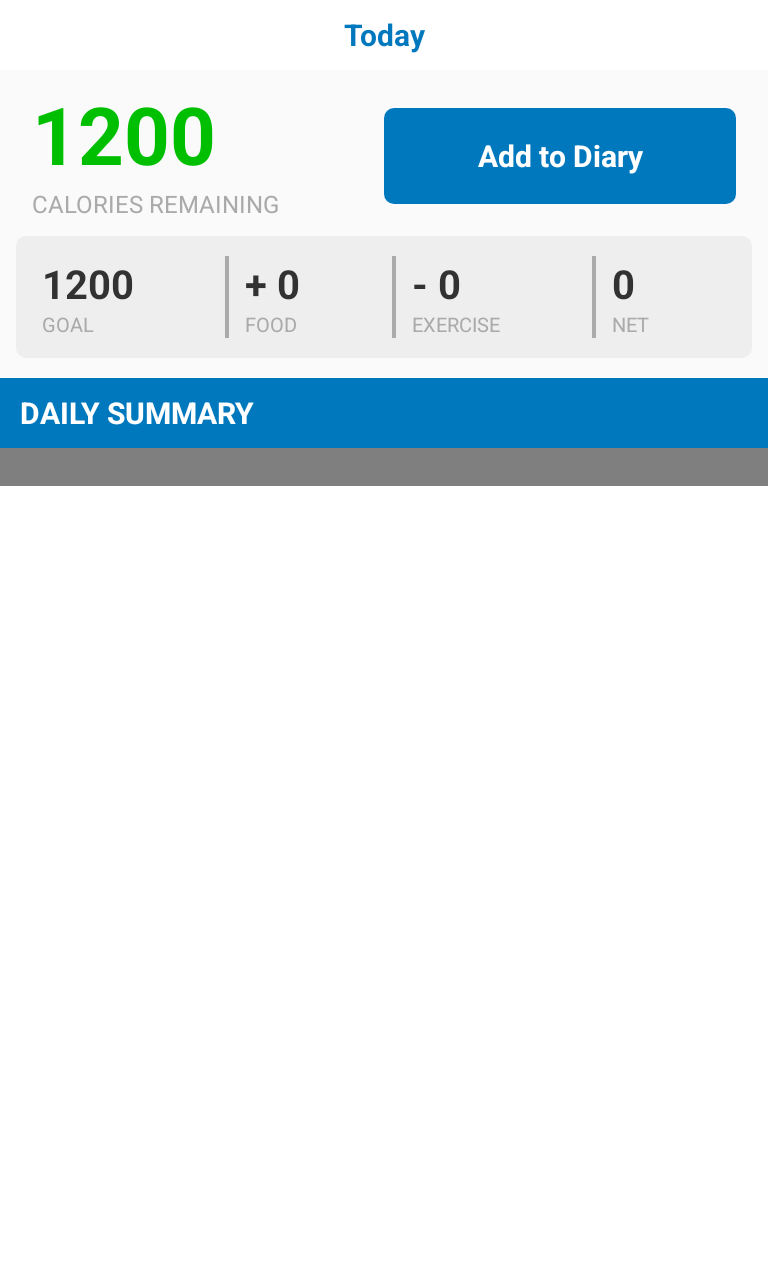
Repository: JieD/nutriy
Layout: NutriY/res/layout/fragment_home_page.xml
The author's editor kept a copy of each file at every save. The layout is drawn from the files as they stood at one save, then again after the next save.
Pictures or frames that could not be fetched are drawn as grey boxes. It is drawn on a 768 x 1280 px phone screen (xhdpi) without system bars, with theme AppTheme; the app's code is not run.

Above is the layout before, as saved 2014-05-15 00:04:21.

### NutriY/res/layout/fragment_home_page.xml
<?xml version="1.0" encoding="utf-8"?>
<ScrollView xmlns:android="http://schemas.android.com/apk/res/android"
	    xmlns:tools="http://schemas.android.com/tools"
	    android:layout_width="match_parent" android:layout_height="wrap_content"
	    tools:context=".HomePageActivity">

		<RelativeLayout
		    android:layout_width="match_parent"
		    android:layout_height="wrap_content"
		    android:background="@color/low_light_gray">

		    <TextView
		        android:id="@+id/date"
		        android:layout_width="match_parent" android:layout_height="@dimen/medium_large_entry_height"
		        android:gravity="center"            android:background="@color/white"
		        android:text="@string/date"         android:textStyle="bold"
		        android:textSize="@dimen/medium_text_size"  android:textColor="@color/my_blue" />
			<TextView
		        android:id="@+id/calories_remaining_number"      android:layout_below="@+id/date"
		        android:layout_width="wrap_content"              android:layout_height="wrap_content"
		        android:layout_marginTop="5dp"
		        android:layout_marginLeft="@dimen/activity_horizontal_margin"
		        android:text="@string/calories_remaining_number" android:textStyle="bold"
		        android:textSize="@dimen/extra_large_text_size"  android:textColor="@color/my_green" />
		    <TextView
			    android:id="@+id/calories_remaining"
			    android:layout_width="wrap_content"       android:layout_height="wrap_content"
			    android:layout_below="@id/calories_remaining_number"
			    android:layout_marginLeft="@dimen/activity_horizontal_margin"
			    android:text="@string/calories_remaining" android:textSize="@dimen/small_text_size"
			    android:textColor="@color/text_gray" />
			<View
		        android:id="@+id/center_fake_view" android:layout_centerHorizontal="true"
		        android:layout_width="0dp"  android:layout_height="0dp"/>
		    <View
		        android:id="@+id/button_bottom_gap"
		        android:layout_width="0dp"  android:layout_height="@dimen/small_vertical_margin"
		        android:layout_toRightOf="@id/center_fake_view"
		        android:layout_alignBottom="@id/calories_remaining"/>
		    <Button
			    android:id="@+id/add_to_diary"
			    android:layout_width="wrap_content"      android:layout_height="wrap_content"
			    android:layout_marginRight="@dimen/activity_horizontal_margin"
			    android:layout_toRightOf="@id/center_fake_view"
			    android:layout_above="@id/button_bottom_gap"
			    android:layout_alignParentRight="true"
			    android:text="@string/add_to_diary"        android:textStyle="bold"
			    android:textSize="@dimen/medium_text_size" android:textColor="@color/white"
			    android:background="@drawable/add_to_diary_button" />
		    <View
		        android:id="@+id/gap_view" android:layout_width="match_parent"
		        android:layout_height="@dimen/small_vertical_margin"
		        android:layout_below="@id/calories_remaining"/>

		    <TableLayout
		        android:id="@+id/calorie_break_down" android:layout_below="@id/gap_view"
		        android:layout_width="match_parent" android:layout_height="wrap_content"
		        android:layout_marginLeft="@dimen/small_horizontal_margin"
		        android:layout_marginRight="@dimen/small_horizontal_margin"
		        android:paddingTop="@dimen/large_padding" android:paddingBottom="@dimen/large_padding"
		        android:paddingLeft="@dimen/small_padding" android:paddingRight="@dimen/small_padding"
		        android:background="@drawable/calorie_break_down_rec" >

	            <TableRow
	                android:divider="@drawable/table_divider" android:showDividers="middle">

	                <TextView
	                    android:layout_weight="1" android:paddingLeft="@dimen/medium_padding"
	                    android:text="@string/goal_calorie_number"
	                    android:textSize="@dimen/large_text_size" android:textStyle="bold" />
	                <TextView
	                    android:layout_weight="1" android:paddingLeft="@dimen/medium_padding"
	                    android:text="@string/food_calorie_number"
	                    android:textSize="@dimen/large_text_size" android:textStyle="bold" />
	                <TextView
	                    android:layout_weight="1" android:paddingLeft="@dimen/medium_padding"
	                    android:text="@string/exercise_calorie_number"
	                    android:textSize="@dimen/large_text_size" android:textStyle="bold" />
	                <TextView
	                    android:layout_weight="1" android:paddingLeft="@dimen/medium_padding"
	                    android:text="@string/net_calorie_number"
	                    android:textSize="@dimen/large_text_size" android:textStyle="bold" />
	            </TableRow>

	            <TableRow
	                android:divider="@drawable/table_divider" android:showDividers="middle" >

	                <TextView
	                    android:layout_weight="1" android:paddingLeft="@dimen/medium_padding"
	                    android:text="@string/uc_goal"
	                    android:textSize="@dimen/extra_small_text_size" android:textColor="@color/text_gray" />
	                <TextView
	                    android:layout_weight="1" android:paddingLeft="@dimen/medium_padding"
	                    android:text="@string/uc_food"
	                    android:textSize="@dimen/extra_small_text_size" android:textColor="@color/text_gray" />
	                <TextView
	                    android:layout_weight="1" android:paddingLeft="@dimen/medium_padding"
	                    android:text="@string/uc_exercise"
	                    android:textSize="@dimen/extra_small_text_size" android:textColor="@color/text_gray" />
	                <TextView
	                    android:layout_weight="1" android:paddingLeft="@dimen/medium_padding"
	                    android:text="@string/uc_net"
	                    android:textSize="@dimen/extra_small_text_size" android:textColor="@color/text_gray" />
	            </TableRow>
	        </TableLayout>

		    <TextView
	            android:id="@+id/summary" android:text="@string/daily_summary"
	            android:textStyle="bold" android:textSize="@dimen/medium_text_size"
	            android:textColor="@color/white" android:gravity="center_vertical"
	            android:layout_width="match_parent" android:layout_height="@dimen/medium_large_entry_height"
	            android:layout_below="@id/calorie_break_down"
	            android:layout_marginTop="10dp" android:background="@color/my_blue"
	            android:paddingLeft="@dimen/large_padding" />

		    <fragment
		        android:name="sfsu.csc780.jied.nutriy.NutritionTableFragment"
		        android:id="@+id/nutritionTableFragment"
		        android:layout_width="match_parent"
		        android:layout_height="wrap_content"
		        android:layout_below="@id/summary">
		    </fragment>

		</RelativeLayout>
	</ScrollView>

### NutriY/res/values/colors.xml
<?xml version="1.0" encoding="utf-8"?>
<resources>
    <color name="white">#FFFFFFFF</color>
    <color name="my_green">#FF00BE00</color>
    <color name="my_red">#FFFF0000</color>
    <color name="my_blue">#FF0078BE</color>

    <color name="light_blue">#FFE1EEFF</color>
    <color name="low_light_gray">#FFFAFAFA</color>
    <color name="mid_light_gray">#FFEEEEEE</color>
    <color name="text_gray">#FFAAAAAA</color>

    <color name="empty_pie_blue">#FF8FCEFF</color>
    <color name="pie_blue">#FF0078BE</color>
    <color name="pie_red">#FFFF4444</color>
    <color name="pie_green">#FF99CC00</color>

    <color name="list_background">#FFEEEEEE</color>
    <color name="list_background_pressed">#FF0078BE</color>
</resources>

### NutriY/res/values/dimens.xml
<resources>

    <!-- Default screen margins, per the Android Design guidelines. -->
    <dimen name="activity_horizontal_margin">16dp</dimen>
    <dimen name="activity_vertical_margin">16dp</dimen>
    <dimen name="small_horizontal_margin">8dp</dimen>
    <dimen name="small_vertical_margin">8dp</dimen>

    <dimen name="small_padding">5dp</dimen>
    <dimen name="medium_padding">8dp</dimen>
    <dimen name="large_padding">10dp</dimen>
    <dimen name="extra_large_padding">12dp</dimen>
    <dimen name="navigation_item_padding">20dp</dimen>

    <dimen name="extra_small_text_size">10sp</dimen>
    <dimen name="small_text_size">12sp</dimen>
    <dimen name="medium_text_size">15sp</dimen>
    <dimen name="medium_large_text_size">18sp</dimen>
    <dimen name="large_text_size">20sp</dimen>
    <dimen name="extra_large_text_size">40sp</dimen>

    <dimen name="large_entry_height">50dp</dimen>
    <dimen name="medium_large_entry_height">35dp</dimen>
    <dimen name="medium_entry_height">30dp</dimen>
    <dimen name="small_entry_height">25dp</dimen>
    <dimen name="table_entry_height">20dp</dimen>

</resources>

### NutriY/res/values/strings.xml
<?xml version="1.0" encoding="utf-8"?>
<resources>

    <string name="app_name">NutriY</string>
    <string name="action_settings">Settings</string>

    <string name="date">Today</string>
    <string name="calories_remaining_number">1200</string>
    <string name="calories_remaining">CALORIES REMAINING</string>
    <string name="add_to_diary">Add to Diary</string>
    <string name="goal_calorie_number">1200</string>
    <string name="food_calorie_number">+ 0</string>
    <string name="exercise_calorie_number">- 0</string>
    <string name="net_calorie_number">0</string>
    <string name="uc_goal">GOAL</string>
    <string name="uc_food">FOOD</string>
    <string name="uc_exercise">EXERCISE</string>
    <string name="uc_net">NET</string>
    <string name="goal">Goal</string>
    <string name="total">Total</string>
    <string name="left">Left</string>
    <string name="daily_summary">DAILY SUMMARY</string>
    <string name="total_fat">Total Fat (g)</string>
    <string name="saturated_fat">Saturated (g)</string>
    <string name="trans_fat">Trans (g)</string>
    <string name="cholesterol">Cholesterol (mg)</string>
    <string name="sodium">Sodium (mg)</string>
    <string name="potassium">Potassium (mg)</string>
    <string name="total_carbs">Total Carbs (g)</string>
    <string name="fiber">Dietary Fiber (g)</string>
    <string name="sugar">Sugars (g)</string>
    <string name="protein">Protein (g)</string>
    <string name="vit_A">Vitamin A</string>
    <string name="vit_C">Vitamin C</string>
    <string name="calcium">Calcium</string>
    <string name="iron">Iron</string>
    <string name="default_number">0</string>
    <string name="meals">MEALS</string>
    <string name="water_upcase">WATER</string>
    <string name="notes">NOTES</string>
    <string name="breakfast">Breakfast</string>
    <string name="lunch">Lunch</string>
    <string name="dinner">Dinner</string>
    <string name="snacks">Snacks</string>
    <string name="cardiovascular">Cardiovascular</string>
    <string name="strength">Strength</string>
    <string name="water">Water</string>
    <string name="food_notes">Food Notes</string>
    <string name="exercise_notes">Exercise Notes</string>

    <!-- Nav Drawer Menu Items -->
    <string-array name="navigations_array">
        <item>Home</item>
        <item>Diary</item>
        <item>Nutrition</item>
        <item>Progress</item>
        <item>Goals</item>
        <item>Settings</item>
    </string-array>

    <!-- Nav Drawer List Item Icons -->
    <!-- Keep them in order as the titles are -->
    <array name="nav_drawer_icons">
        <item>@drawable/ic_menu_home</item>
        <item>@drawable/ic_action_collection</item>
        <item>@drawable/ic_action_data_usage</item>
        <item>@drawable/ic_action_picture</item>
        <item>@drawable/ic_action_good</item>
        <item>@drawable/ic_action_settings</item>
    </array>

    <!-- Content Description -->
    <string name="desc_list_item_icon">Item Icon</string>

    <string name="drawer_open">Slider Menu Opened</string>
    <string name="drawer_close">Slider Menu Closed</string>
    <string name="title_activity_nutrition_page">NutritionPageActivity</string>

    <string name="calorie_breakdown">CALORIE BREAKDOWN</string>
    <string name="Carbohydrates">Carbohydrates</string>
    <string name="Fat">Fat</string>
    <string name="Protein">Protein</string>
    <string name="carbs_goal">50 %</string>
    <string name="fat_goal">30 %</string>
    <string name="protein_goal">20 %</string>


</resources>

### NutriY/res/drawable-mdpi/add_to_diary_button.xml
<?xml version="1.0" encoding="utf-8"?>
<shape xmlns:android="http://schemas.android.com/apk/res/android"
    android:shape="rectangle" >

    <corners android:radius="5dp" />
    <solid   android:color="@color/my_blue" />

</shape>

### NutriY/res/drawable-mdpi/calorie_break_down_rec.xml
<?xml version="1.0" encoding="utf-8"?>
<shape xmlns:android="http://schemas.android.com/apk/res/android"
    android:shape="rectangle" >

    <corners android:radius="5dp"/>
    <solid android:color="@color/mid_light_gray" />


</shape>

### NutriY/res/drawable-mdpi/table_divider.xml
<?xml version="1.0" encoding="utf-8"?>
<shape xmlns:android="http://schemas.android.com/apk/res/android"
    android:shape="rectangle">

    <size android:width="2dp" android:height="20dp" />
    <solid android:color="@color/text_gray" />

</shape>

Loaded but not shown: NutriY/res/values/styles.xml (common file); NutriY/res/values-v11/styles.xml (common file); NutriY/res/values-v14/styles.xml (common file); NutriY/res/values-w820dp/dimens.xml (common file)

After the next save:
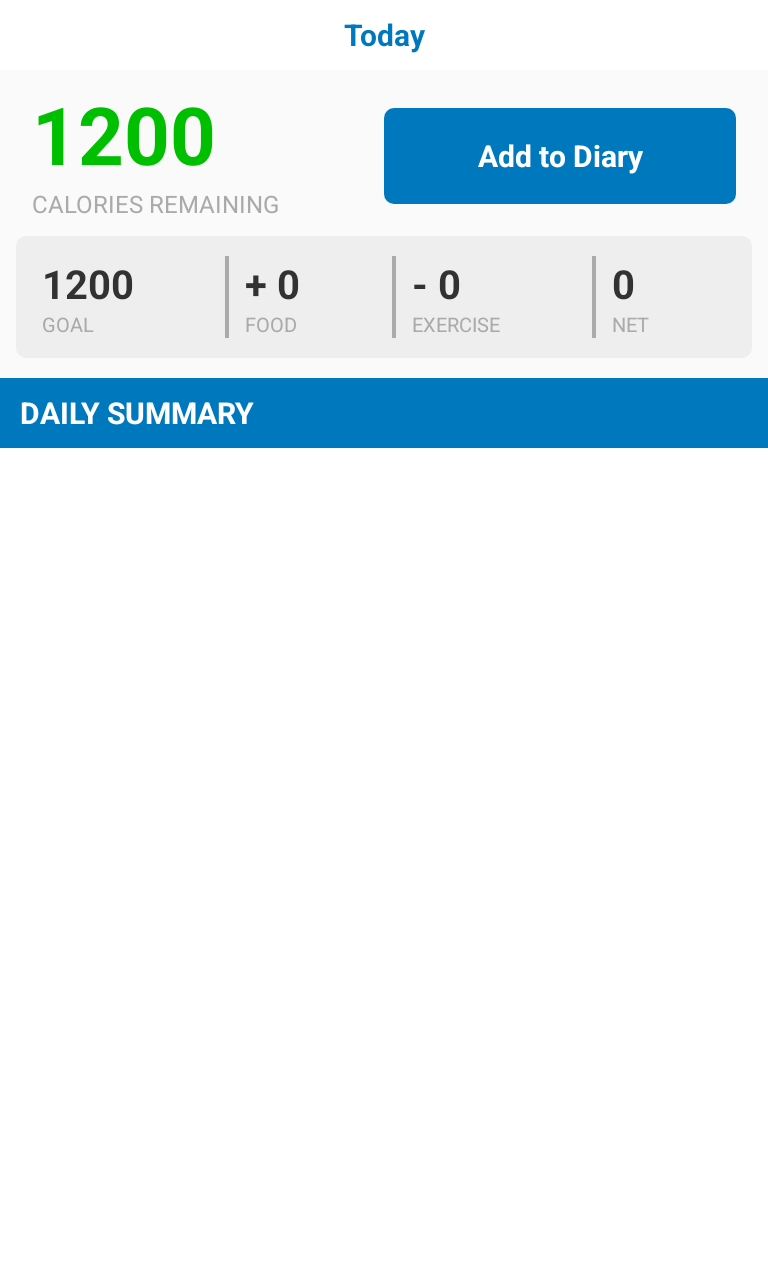
Saved 32 min 28 s later.
--- a/NutriY/res/layout/fragment_home_page.xml
+++ b/NutriY/res/layout/fragment_home_page.xml
@@ -4,7 +4,7 @@
 	    android:layout_width="match_parent" android:layout_height="wrap_content"
 	    tools:context=".HomePageActivity">
 
-		<RelativeLayout
+	<RelativeLayout
 		    android:layout_width="match_parent"
 		    android:layout_height="wrap_content"
 		    android:background="@color/low_light_gray">
@@ -113,13 +113,5 @@
 	            android:layout_marginTop="10dp" android:background="@color/my_blue"
 	            android:paddingLeft="@dimen/large_padding" />
 
-		    <fragment
-		        android:name="sfsu.csc780.jied.nutriy.NutritionTableFragment"
-		        android:id="@+id/nutritionTableFragment"
-		        android:layout_width="match_parent"
-		        android:layout_height="wrap_content"
-		        android:layout_below="@id/summary">
-		    </fragment>
-
 		</RelativeLayout>
 	</ScrollView>
